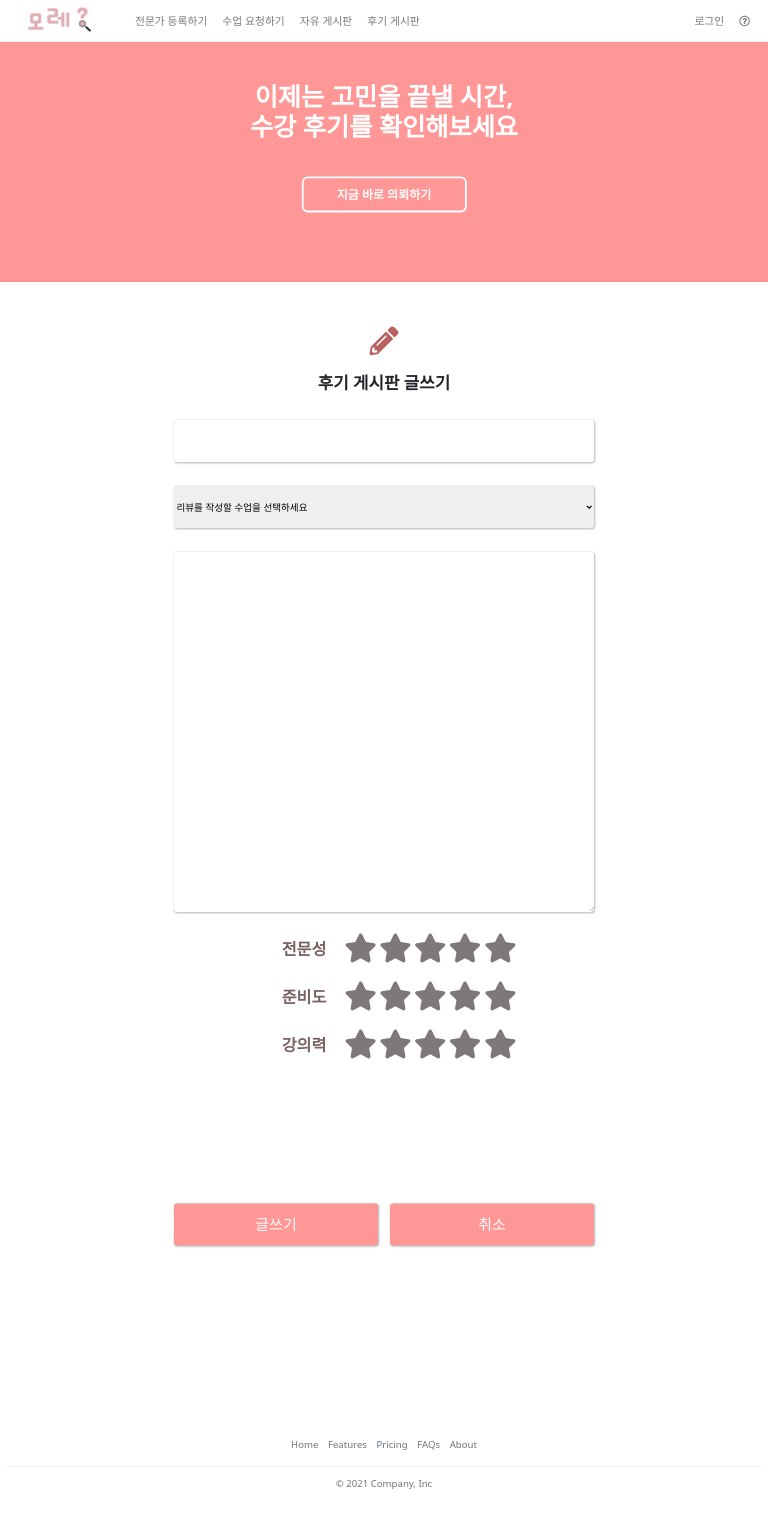
Repository: isssson/MVC2_more
Page: http://localhost/more/WEB-INF/views/review/reviewWrite.jsp
These files come from the project's save history. The page is drawn as it stood at one moment and after the next save; the edit follows.
The browser window is 1280 px wide. The pictures show the whole page, at 60% of full size.
Some web libraries are served in a nearby version. The page is served by Tomcat 9. Nobody is signed in. The template is opened directly, without the code that normally fills it, so the values that code supplies are empty.

Above is the page before, as saved 2021-12-10 06:30:35.

After the next save:
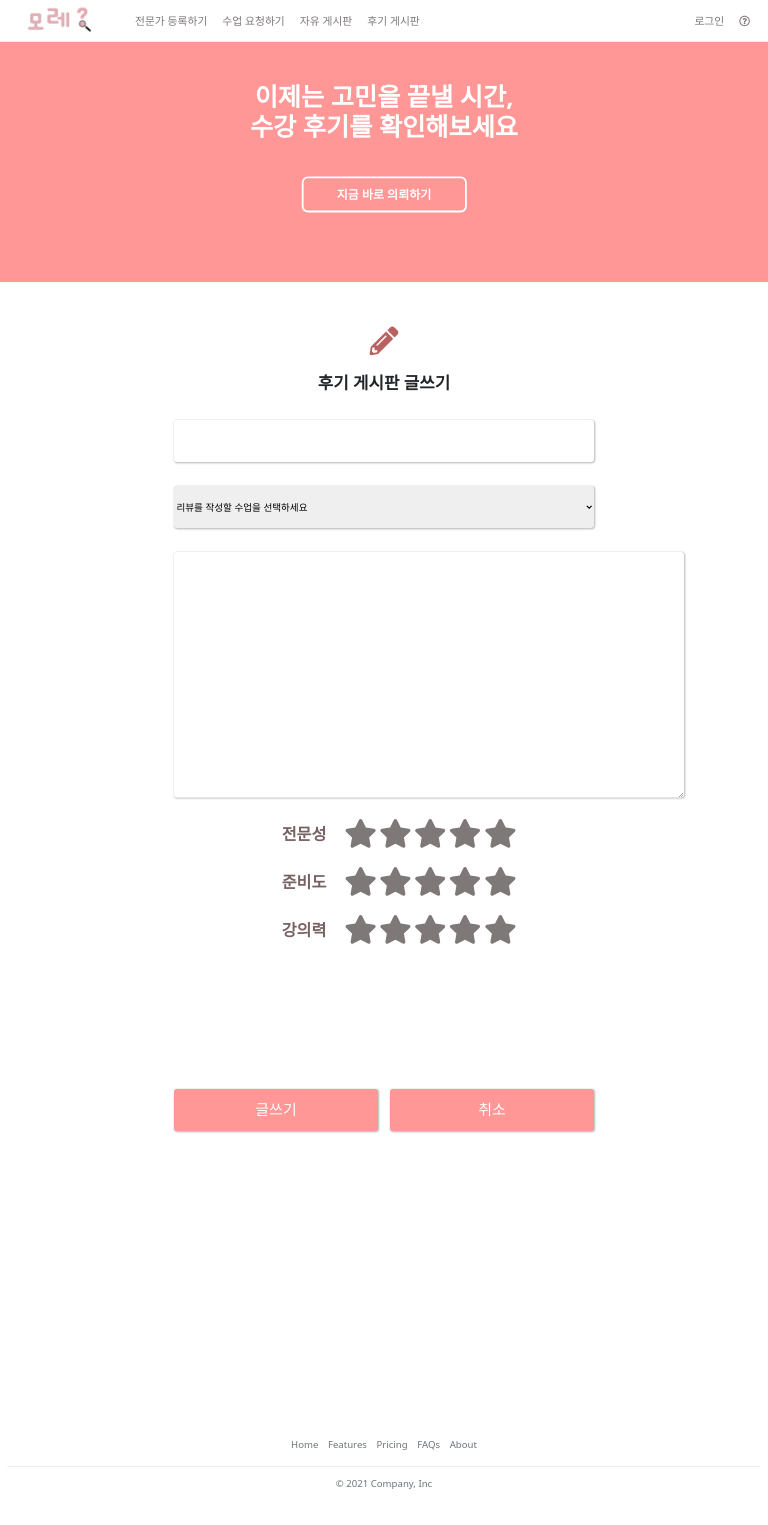
Saved 41 s later.
--- a/more/src/main/webapp/resources/css/review/review.css
+++ b/more/src/main/webapp/resources/css/review/review.css
@@ -286,8 +286,6 @@ option{
 }
 .writeContainer textarea{
     font-size:18px;
-    width:100%;
-    height:600px;
     margin-top:40px;
     border:0px;
     border-radius:5px;
